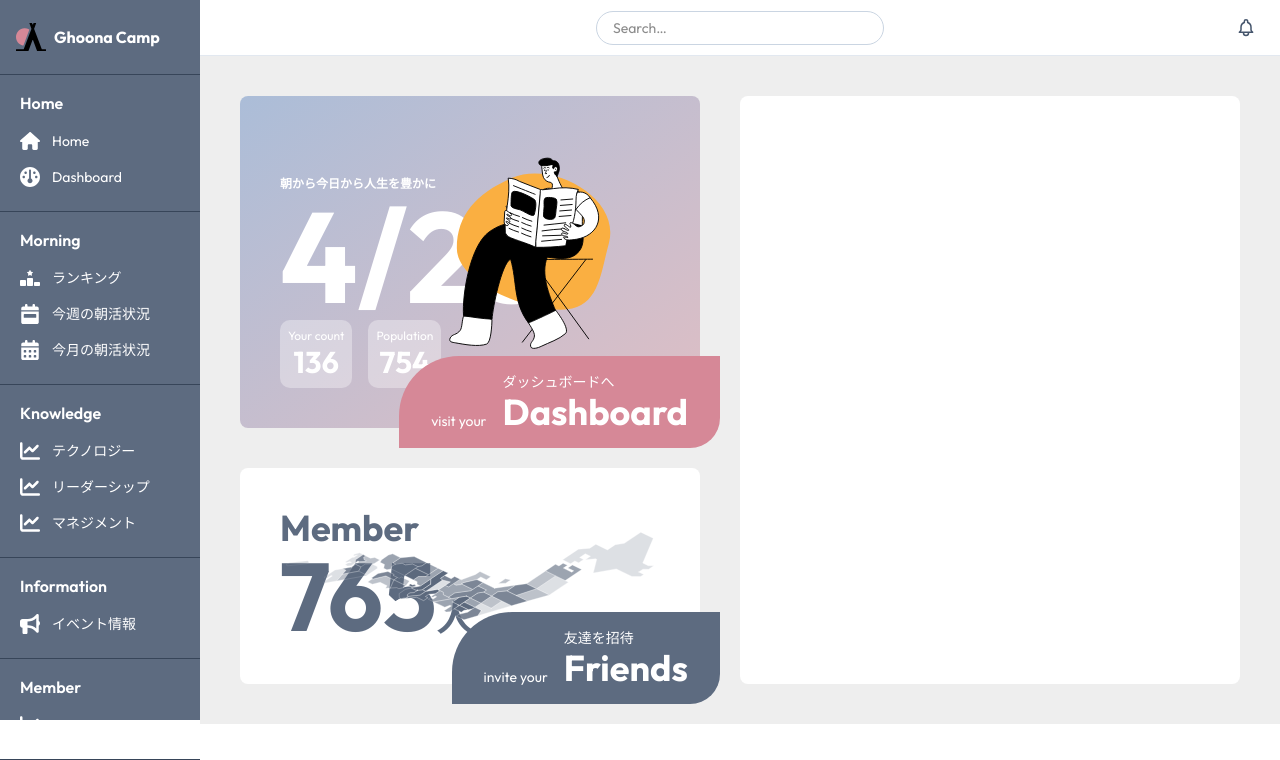
Repository: ShotaGhoona/ghoonacamp_platform
Page: /
An editor plug-in stored every save of this project. The page is shown before and after the next save, followed by the edit.
The browser window is 1280 px wide. The pictures show the whole page.
The page's requests for data from a server got no answer. The project was rebuilt for these pictures with package versions that can differ from the ones it lists, and the page was loaded fresh each time. The framework's server and built-in components were replaced by stand-ins that run in the browser. No one was signed in, and anything a server would have sent is missing. Also part of the build but not shown: next.config.js.

Above is the page before, as saved 2025-04-25 13:50:11.

After the next save:
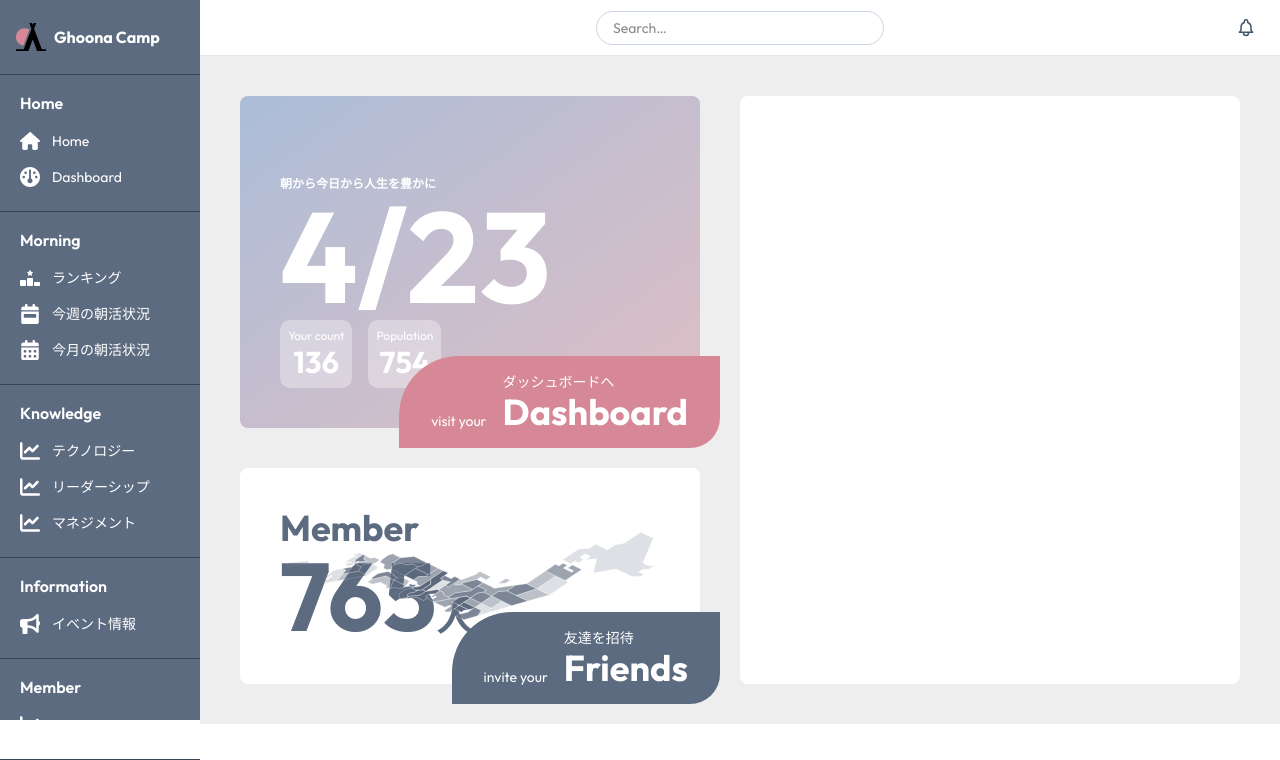
Saved 37 s later.
--- a/src/features/home/home/display/hero.tsx
+++ b/src/features/home/home/display/hero.tsx
@@ -21,7 +21,9 @@ export default function Hero() {
                 <p className="text-3xl font-bold">754</p>
             </div>
         </div>
-        <img src="/svg/hero.svg" alt="tier1" className="absolute top-[10%] right-[10%] w-auto h-[75%]  " />
+        <div className="absolute top-1/2 left-1/2 -translate-x-1/2 -translate-y-1/2">
+            <img src="/svg/hero.svg" alt="tier1" className="" />
+        </div>
         <Link href="/dashboard" className="absolute -bottom-5 -right-5 flex flex-col gap-4">
             <CornerCta  color="D68897"  text="Dashboard"  subText="ダッシュボードへ" subText2="visit your" />
         </Link>
